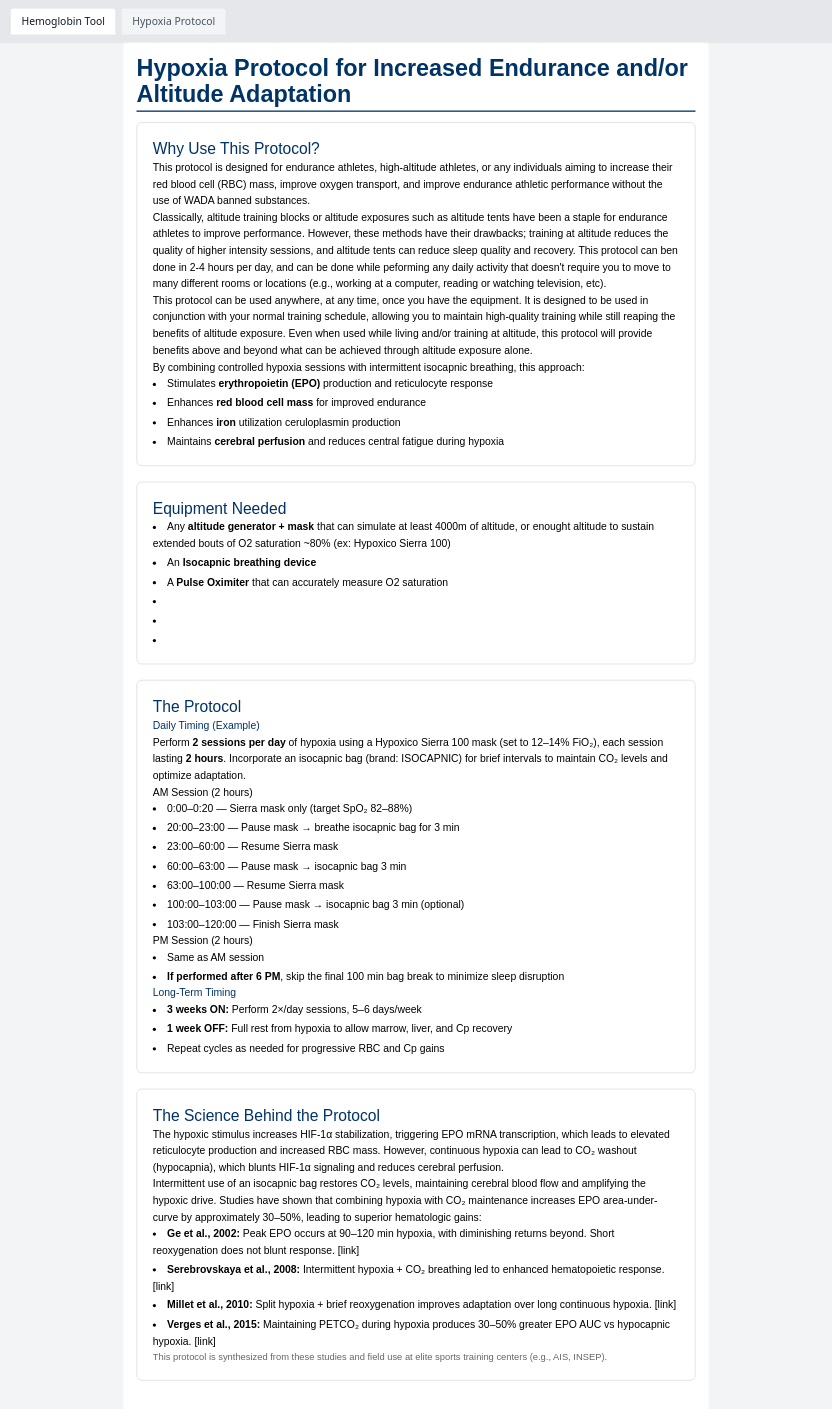
Repository: austenhughes1/hemoglobin_rbc_metrics
Page: hypoxia_protocol.html
The author's editor kept a copy of each file at every save. The page is drawn from the files as they stood at one save, then again after the next save.
The browser window is 1280 px wide. The pictures show the whole page, at 65% of full size.
Some web libraries are served in a nearby version.

Above is the page before, as saved 2025-06-25 13:36:04.

After the next save:
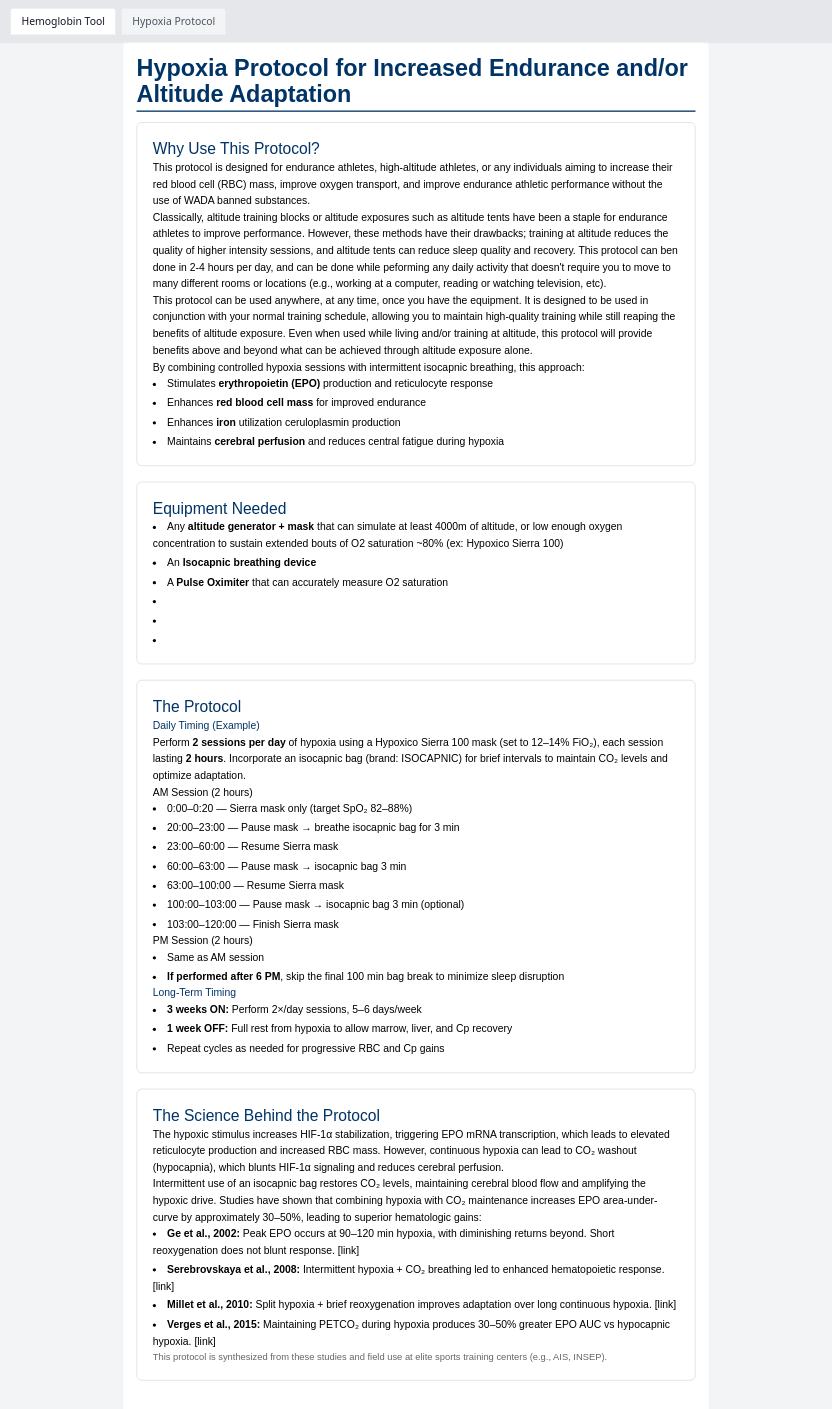
Saved 18 s later.
--- a/hypoxia_protocol.html
+++ b/hypoxia_protocol.html
@@ -67,7 +67,7 @@
     <section class="border border-gray-300 rounded-lg p-6 mb-6 bg-white">
         <h2 class="text-2xl">Equipment Needed</h2>
         <ul class="list-disc list-inside space-y-1">
-            <li>Any <strong>altitude generator + mask</strong> that can simulate at least 4000m of altitude, or enought altitude to sustain extended bouts of O2 saturation ~80% (ex: <a href="
+            <li>Any <strong>altitude generator + mask</strong> that can simulate at least 4000m of altitude, or low enough oxygen concentration to sustain extended bouts of O2 saturation ~80% (ex: <a href="
                 https://hypoxico.com/products/sierra-100">Hypoxico Sierra 100</a>)</li>
             <li>An <strong>Isocapnic breathing device</strong></li>
             <li>A <strong>Pulse Oximiter</strong> that can accurately measure O2 saturation</li>
